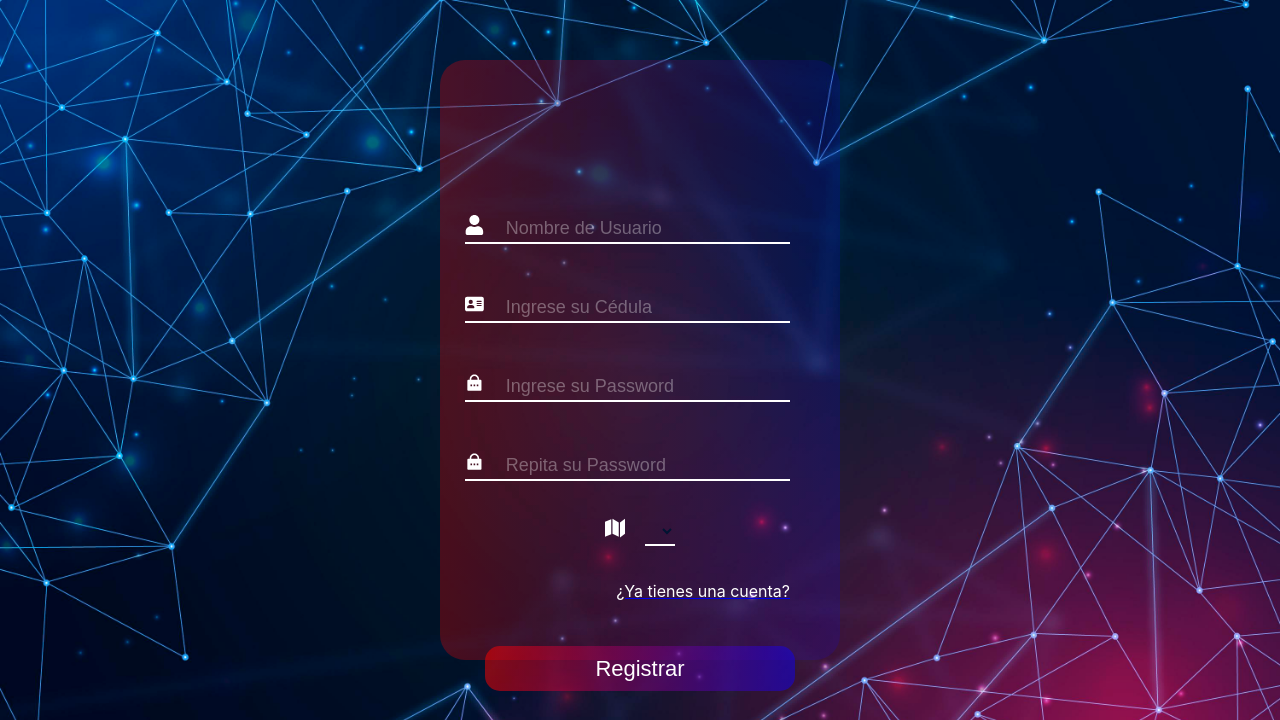
Repository: Davic1o/municipio
Page: /Registro
An editor plug-in stored every save of this project. The page is shown before and after the next save, followed by the edit.
The browser window is 1280 px wide. The pictures show the whole page.
The project was rebuilt for these pictures with package versions that can differ from the ones it lists, and the page was loaded fresh each time. Also part of the build but not shown: src/pages/Login/Login.jsx, src/pages/Administrador/Admin.jsx, src/pages/Coord/Coord.jsx, src/pages/User/User.jsx, src/pages/ConfirmacionRegistro/ConfirmacionRegistro.jsx.

Above is the page before, as saved 2024-02-06 20:25:06.

### src/index.js
import React from 'react';
import ReactDOM from 'react-dom/client';
import './index.css';
import App from './App';
import { BrowserRouter } from 'react-router-dom';

const root = ReactDOM.createRoot(document.getElementById('root'));
root.render(
  <BrowserRouter>
    <App />
   </BrowserRouter>
);

### src/index.css
body {
  margin: 0;
  font-family: -apple-system, BlinkMacSystemFont, 'Segoe UI', 'Roboto', 'Oxygen',
    'Ubuntu', 'Cantarell', 'Fira Sans', 'Droid Sans', 'Helvetica Neue',
    sans-serif;
  -webkit-font-smoothing: antialiased;
  -moz-osx-font-smoothing: grayscale;
}

code {
  font-family: source-code-pro, Menlo, Monaco, Consolas, 'Courier New',
    monospace;
}
input{
  text-decoration: none;
  border: none;
}
button{
  background-color: transparent;
  text-decoration: none;
  border: none;
}

### src/App.jsx

import './App.css';
import Rutas from './routes/Rutas';

function App() {
  return (
    <div className="App">
      <Rutas/>
    </div>
  );
}

export default App;

### src/routes/Rutas.jsx
import React from 'react'
import { Routes, Route } from 'react-router-dom';
import Login from '../pages/Login/Login';
import Admin from '../pages/Administrador/Admin';
import Coord from '../pages/Coord/Coord';
import User from '../pages/User/User';
import Register from '../pages/Register/Register';
import ConfirmacionRegistro from '../pages/ConfirmacionRegistro/ConfirmacionRegistro';


function Rutas() {
  return (


    <Routes>
    <Route exact path="/" element={<Login/>} />
    <Route exact path="/Registro" element={<Register/>} />
    <Route exact path="/ConfirmacionRegistro" element={<ConfirmacionRegistro/>} />
    <Route exact path="/Administrador" element={<Admin/>} />
    <Route path='/Coordinador' element={<Coord/>} />
    <Route path='/Usuario' element={<User/>} />

    </Routes>

  )
}

export default Rutas

### src/pages/Register/Register.jsx
import React, { useState } from 'react';
import { FaUser } from 'react-icons/fa';
import { RiLockPasswordFill } from 'react-icons/ri';
import { FaAddressCard } from "react-icons/fa6";
import { ImMap } from "react-icons/im";
import { Link, useNavigate } from "react-router-dom";
import './register.css';

const Register = () => {
  const Navigate = useNavigate();
  const [username, setUsername] = useState('');
  const [cedula, setCedula] = useState('');
  const [password, setPassword] = useState('');
  const [confirmPassword, setConfirmPassword] = useState('');
  const [zona, setZona] = useState(''); // Nuevo estado para la zona
  const [errorMessage, setErrorMessage] = useState('');

  const validarFormulario = () => {
    if (password !== confirmPassword) {
      setErrorMessage('Las contraseñas no coinciden');
      alert('Las contraseñas no coinciden');
      limpiarCampos();
      return false;
    }

    if (!username || !cedula || !password || !confirmPassword || !zona) {
      setErrorMessage('Por favor, complete todos los campos.');
      alert('Por favor, complete todos los campos.');
      return false;
    }

    setErrorMessage('');
    return true;
  };

  const limpiarCampos = () => {
    setUsername('');
    setCedula('');
    setPassword('');
    setConfirmPassword('');
    setZona(''); // Limpiar el campo de la zona también
  };

  const handleRegistroClick = () => {
    if (validarFormulario()) {
      // Crear un objeto con la información del usuario
      const userInfo = {
        username,
        cedula,
        password,
        confirmPassword,
        zona,
      };

      console.log(userInfo);

      // Realizar acciones adicionales para el registro

      // Pasar userInfo como estado en Navigate
      Navigate('/ConfirmacionRegistro', { state: { userInfo } });

      // Limpia los campos después del registro exitoso
      limpiarCampos();
    }
  };

  return (
    <div className="login__container">
      <div className="register__recuadro">
        <div className="register__formulario">
          <div className="contenedor__nombre">
            <FaUser className="icon__nombre" />
            <input
              type="text"
              className="inp__nombre"
              placeholder="Nombre de Usuario"
              value={username}
              onChange={(e) => setUsername(e.target.value)}
            />
          </div>
          <div className="contenedor__nombre">
            <FaAddressCard className="icon__password" />
            <input
              type="text"
              className="inp__nombre"
              placeholder="Ingrese su Cédula"
              value={cedula}
              onChange={(e) => setCedula(e.target.value)}
            />
          </div>
          <div className="contenedor__password">
            <RiLockPasswordFill className="icon__password" />
            <input
              type="password"
              className="inp__password"
              placeholder="Ingrese su Password"
              value={password}
              onChange={(e) => setPassword(e.target.value)}
            />
          </div>
          <div className="contenedor__password">
            <RiLockPasswordFill className="icon__password" />
            <input
              type="password"
              className="inp__password"
              placeholder="Repita su Password"
              value={confirmPassword}
              onChange={(e) => setConfirmPassword(e.target.value)}
            />
          </div>
          <div className="contenedor__zona">
          <ImMap className="icon__password" />
            <select
              id="zona"
              value={zona}
              onChange={(e) => setZona(e.target.value)}
            >
              <option value="">Seleccione su zona</option>
              <option value="norte">Zona Norte</option>
              <option value="sur">Zona Sur</option>
              <option value="centro">Zona Centro</option>
            </select>
          </div>
          <div className="contenedor__registrar">
            <Link to={'/'}>
              <label htmlFor="" className="lbl__registrar">
                ¿Ya tienes una cuenta?
              </label>
            </Link>
          </div>
          <div className="contendor__ingresar">
            <button className="btn__ingresar" onClick={handleRegistroClick}>
              Registrar
            </button>
          </div>
        </div>
      </div>
    </div>
  );
};

export default Register;

### src/pages/Login/login.css
.login__container {
    background-image:  url('../../images/fondo_informacion.jpg');
    background-size: cover;
    height: 100vh;
    width: 100vw;
    box-sizing: border-box;
    display: flex;
    align-items: center;
    justify-content: center;
    z-index: 0;
}
.login__recuadro{
    width: 400px;
    height: 600px;
    border-radius: 25px;
    background: linear-gradient(to right, rgba(253, 0, 0, 0.288) 1%, rgba(16, 0, 235, 0.171));
}
.login__formulario{
    margin-top: 200px;
}
.contenedor__nombre, .contenedor__password{
    padding-top: 25px;
    width: 325px;
    margin: 25px;
    display: flex;
    border-bottom: 2px solid white ;
}
.icon__nombre, .icon__password{
    margin-right: 20px;
    font-size: 20px;
    background-color: transparent;
    color: white;
}
.inp__nombre, .inp__password{

    background-color: transparent;
    width: 300px;
    height: 25px;
    font-size: 18px;
    color: white;
}
.inp__nombre::placeholder, .inp__password::placeholder{
    font-size: 18px;
color: rgba(255, 255, 255, 0.336);
}
.inp__nombre:focus, .inp__password:focus{
    outline: none;
    font-size: 18px;
    border: none;
    color: white;
}
.contenedor__recuerdame{
    width: 325px;
    margin: 25px;
    display: flex;
}
.inp__recuerdame{
    transform: scale(1.5);
    margin-right: 20px;
}
.lbl__recuerdame{
    font-size: 18px;
    color: white;
}
.contenedor__registrar{
    width: 325px;
    margin: 25px;
    display: flex;
    justify-content: right;
}
.lbl__registrar{
    color: white;
}
.lbl__registrar:hover{
    color: blue;
    cursor: pointer;
}
.contendor__ingresar{

    background: linear-gradient(to right, rgba(253, 0, 0, 0.514) 1%, rgba(16, 0, 235, 0.514));
    border-radius: 15px;
    margin: 45px;
    display: flex;
    justify-content: center;
}
.btn__ingresar{
    height: 45px;
    color: white;
    font-size: 22px;
    cursor: pointer;

}

### src/pages/Register/register.css

.register__recuadro{
    width: 400px;
    height: 600px;
    border-radius: 25px;
    background: linear-gradient(to right, rgba(253, 0, 0, 0.288) 1%, rgba(16, 0, 235, 0.171));
}
.register__formulario{
    margin-top: 130px;
}
.contenedor__zona select {
    width: 30px;
    height: 30px;
    font-size: 18px;
    background-color: transparent;
    color: rgb(0, 20, 50);
    border: none;
    border-bottom: 2px solid white;
    padding: 5px;
    margin-top: 10px;
    margin-bottom: 10px;
  }

  /* Estilos adicionales para resaltar el texto del placeholder */
  .contenedor__zona select::placeholder {
    color: rgba(255, 255, 255, 0.336);
    font-size: 18px;
  }

  .contenedor__zona select:focus {
    outline: none;
    border-bottom: 2px solid rgb(255, 255, 255); /* Cambia el color del borde cuando el select está enfocado */
  }

Loaded but not shown: public/index.html (common file); src/App.css (common file)

After the next save:
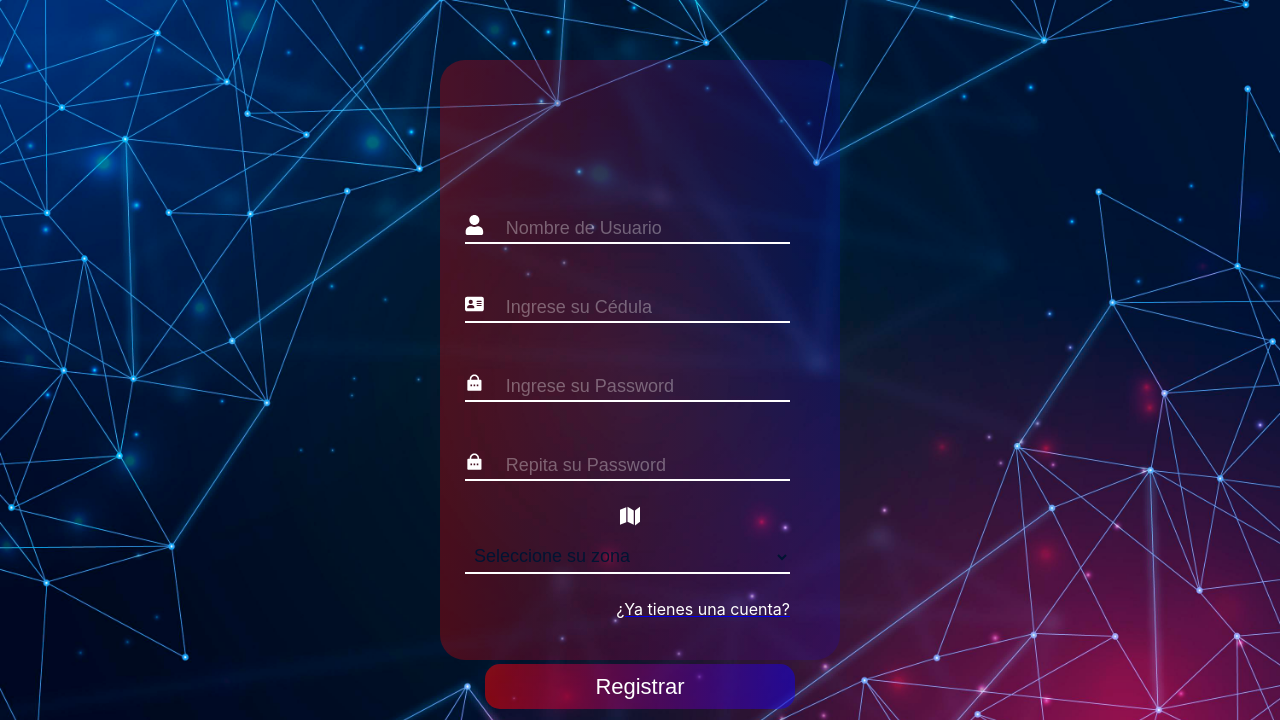
Saved 53 s later.
--- a/src/pages/Register/register.css
+++ b/src/pages/Register/register.css
@@ -9,8 +9,10 @@
     margin-top: 130px;
 }
 .contenedor__zona select {
-    width: 30px;
-    height: 30px;
+    width: 325px;
+    margin: 25px;
+    display: flex;
+    justify-content: right;
     font-size: 18px;
     background-color: transparent;
     color: rgb(0, 20, 50);
